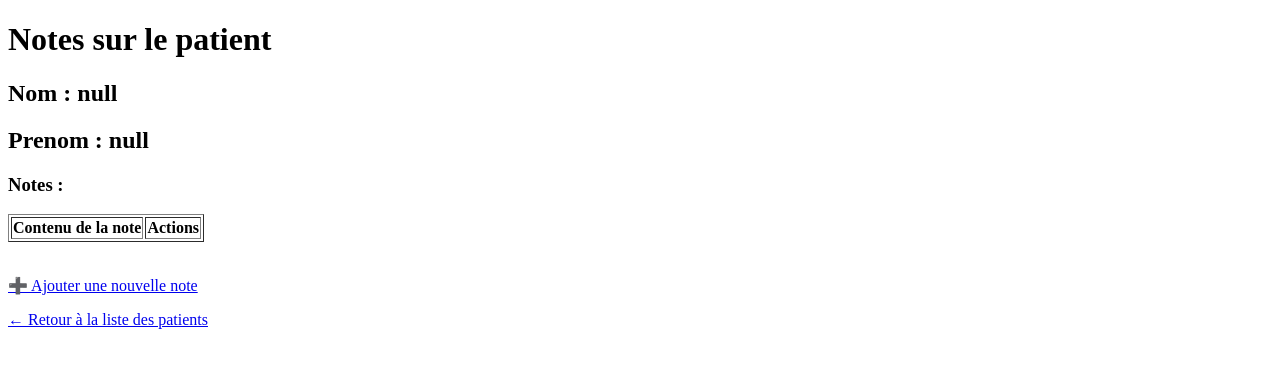
Repository: QuentinDevJava/P9-Test
Page: http://localhost/patient-notes
These files come from the project's save history. The page is drawn as it stood at one moment and after the next save; the edit follows.
The browser window is 1280 px wide. The pictures show the whole page.
The page is this project's Thymeleaf template; nobody is signed in. The template is opened directly, without the code that normally fills it, so the values that code supplies are empty.

Above is the page before, as saved 2025-05-21 14:19:01.

After the next save:
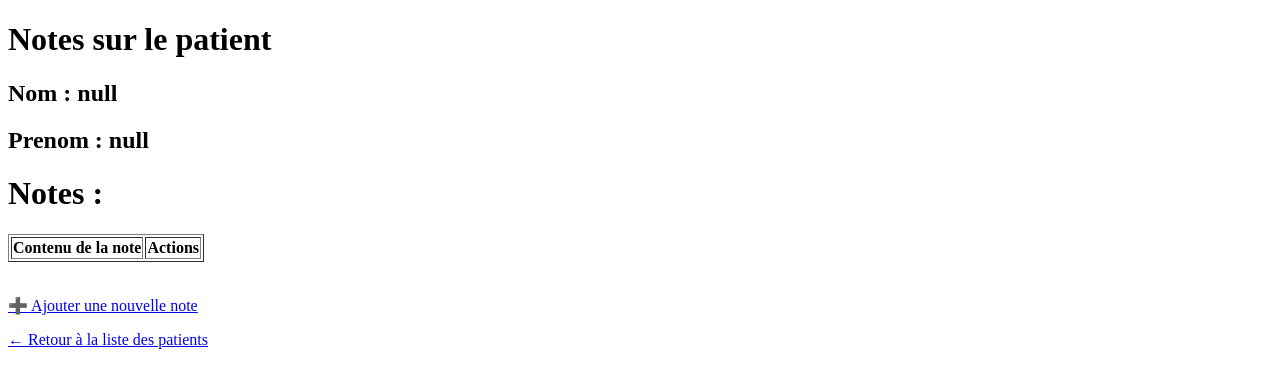
Saved 33 s later.
--- a/ui/src/main/resources/templates/patient-notes.html
+++ b/ui/src/main/resources/templates/patient-notes.html
@@ -9,7 +9,7 @@
         <h2 th:text="'Nom : ' + ${patient.nom}"></h2>
         <h2 th:text="'Prenom : ' + ${patient.prenom}"></h2>
 
-        <h3>Notes :</h3>
+        <h1>Notes :</h1>
 		<table border="1">
 		    <thead>
 		        <tr>
